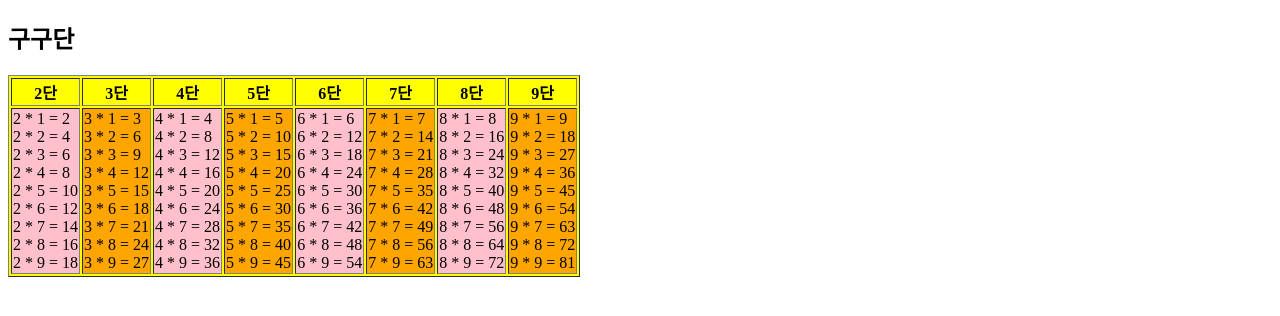
Repository: SongHyeSun/JSP
Page: http://localhost/och04/doWhile.jsp
An editor plug-in stored every save of this project. The page is shown before and after the next save, followed by the edit.
The browser window is 1280 px wide. The pictures show the whole page.
The page is served by Tomcat 9.

Above is the page before, as saved 2024-07-11 01:30:49.

### jspSrc17/och04/src/main/webapp/doWhile.jsp
<%@ page language="java" contentType="text/html; charset=UTF-8"
    pageEncoding="UTF-8"%>
<!DOCTYPE html>
<html>
<head>
<meta charset="UTF-8">
<title>Insert title here</title>
</head>
<body>
	<h2>구구단</h2>
	<table border="1" bgcolor="yellow">
		<tr>
			<%
			int i = 2, j = 2;
			do {
				out.println("<th>" + i + "단</th>");
				i++;
			} while (i<=9);
			out.println("</tr>");
			out.println("<tr>");
			i=2;
			j=1;
			do {
				if (i%2 ==0)
					out.println("<td bgcolor=pink>");
				else
					out.println("<td bgcolor=orange>");
				do {
					out.println(i + " * " + j + " = " + (i*j)+"<br>");
					j++;
				} while (j<=9);
				out.println("</td>");
				j=1;
				i++;
			} while (i<=9);
			%>
		</tr>
	</table>
</body>
</html>

After the next save:
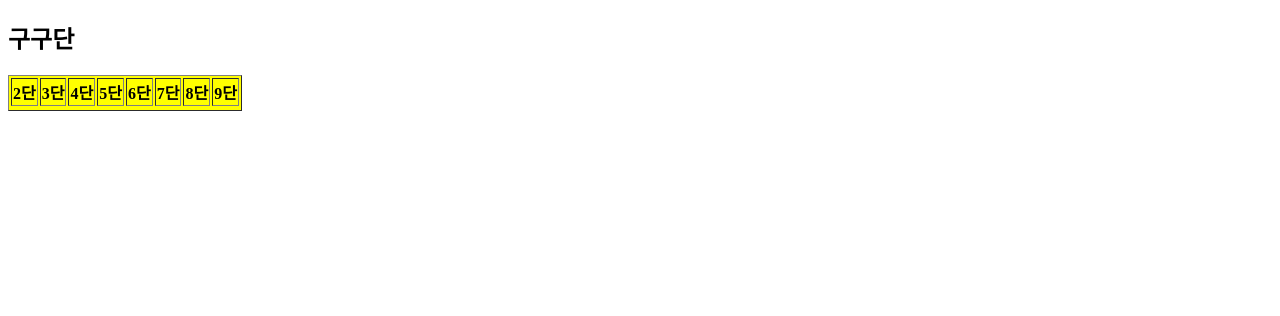
Saved 112 s later.
--- a/jspSrc17/och04/src/main/webapp/doWhile.jsp
+++ b/jspSrc17/och04/src/main/webapp/doWhile.jsp
@@ -20,7 +20,7 @@
 			out.println("<tr>");
 			i=2;
 			j=1;
-			do {
+			/* do {
 				if (i%2 ==0)
 					out.println("<td bgcolor=pink>");
 				else
@@ -32,7 +32,7 @@
 				out.println("</td>");
 				j=1;
 				i++;
-			} while (i<=9);
+			} while (i<=9); */
 			%>
 		</tr>
 	</table>

After the 2 saves that followed:
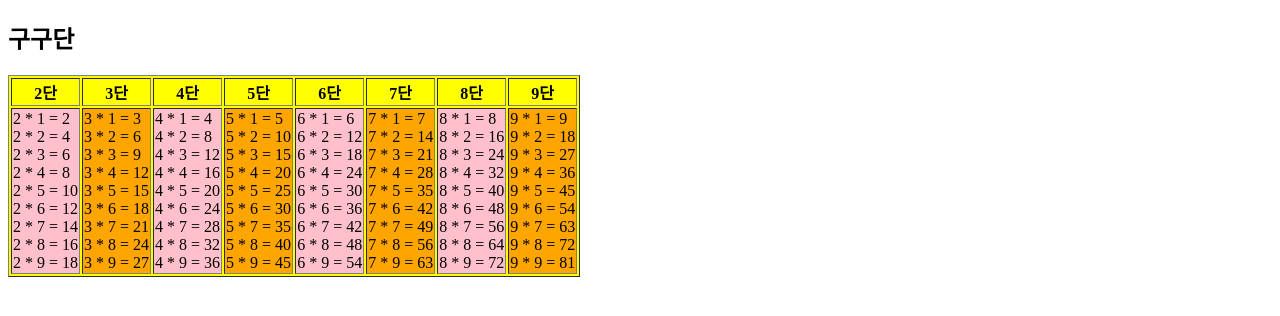
The 2 saves are shown as one change because 1 did not build or start.
The last was saved 3 min 28 s later.
--- a/jspSrc17/och04/src/main/webapp/doWhile.jsp
+++ b/jspSrc17/och04/src/main/webapp/doWhile.jsp
@@ -20,19 +20,19 @@
 			out.println("<tr>");
 			i=2;
 			j=1;
-			/* do {
+			do {
 				if (i%2 ==0)
 					out.println("<td bgcolor=pink>");
 				else
 					out.println("<td bgcolor=orange>");
-				do {
+ 				do {
 					out.println(i + " * " + j + " = " + (i*j)+"<br>");
 					j++;
 				} while (j<=9);
-				out.println("</td>");
+ 				out.println("</td>");
 				j=1;
 				i++;
-			} while (i<=9); */
+			} while (i<=9);
 			%>
 		</tr>
 	</table>
